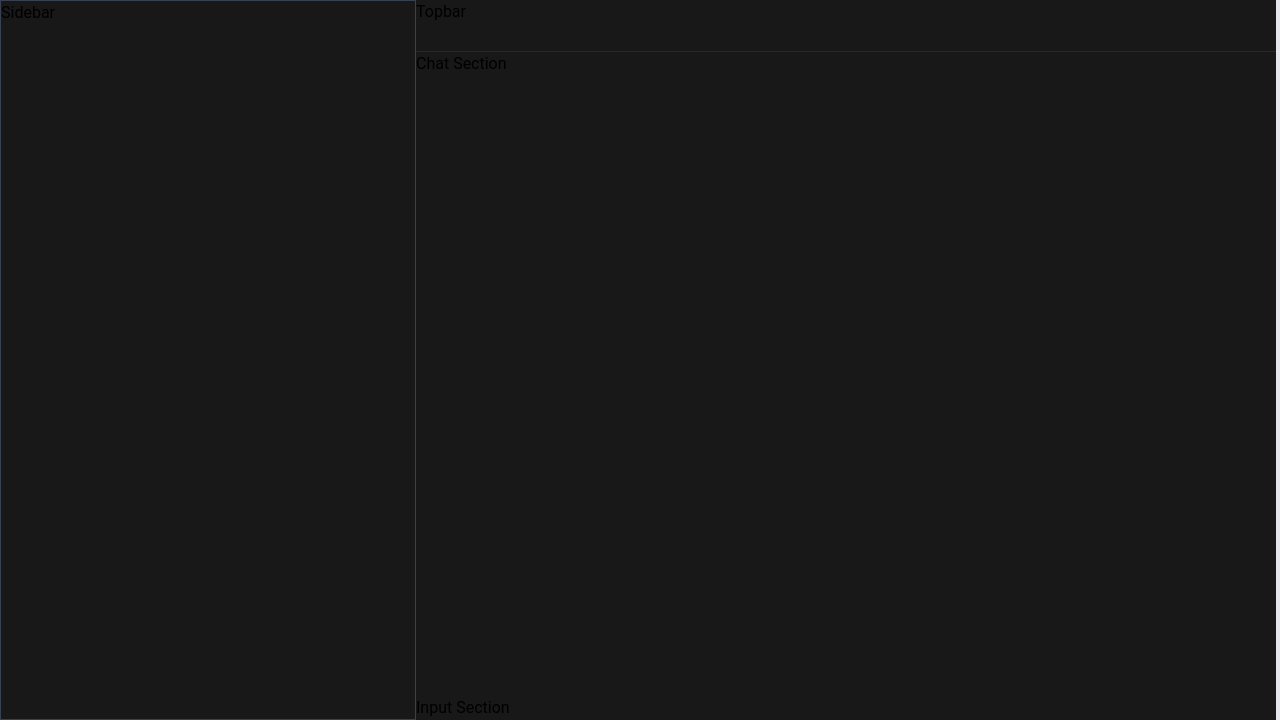
Repository: Qu4ntumGuy/telegram-clone
Page: /
The author's editor kept a copy of each file at every save. The page is drawn from the files as they stood at one save, then again after a run of saves.
The browser window is 1280 px wide. The pictures show the whole page.
The project was rebuilt for these pictures with package versions that can differ from the ones it lists, and the page was loaded fresh each time. Also part of the build but not shown: src/Utils/ContextProvider.js.

Above is the page before, as saved 2024-07-15 11:10:13.

### src/index.css
@tailwind base;
@tailwind components;
@tailwind utilities;

:root {
  font-family: "Roboto", sans-serif;
  color-scheme: light;
  .body {
    @apply bg-[#181818];
  }
}

:root {
  @apply bg-[#181818];
}

### src/App.js
import { Routes, BowserRouter, Route } from "react-router-dom";
import Sidebar from "./Components/Sidebar";
import Home from "./Pages/Home/Home";

function App() {
  return (
    <div className="flex max-w-[105rem] mx-auto">
      <Sidebar />

      <Home />
    </div>
  );
}

export default App;

### src/Components/Sidebar.js
import React from "react";
import { useComponentContext } from "../Utils/ContextProvider";

function Sidebar() {
  const context = useComponentContext();
  return (
    <div className="min-w-[26rem] border border-gray-700 h-screen">Sidebar</div>
  );
}

export default Sidebar;

### src/Pages/Home/Home.js
import React from "react";

function Home() {
  return (
    <div className="flex flex-col justify-center h-screen border-r-4 w-full">
      <div className="top-0 mb-auto h-14 border-b border-gray-800">Topbar</div>
      <div className="flex flex-col h-full">
        <div className="">Chat Section</div>
        <div className="bottom-0 mt-auto">Input Section</div>
      </div>
    </div>
  );
}

export default Home;

Loaded but not shown: public/index.html (common file); src/index.js (common file); src/reportWebVitals.js (common file); tailwind.config.js (common file)

After the next 2 saves:
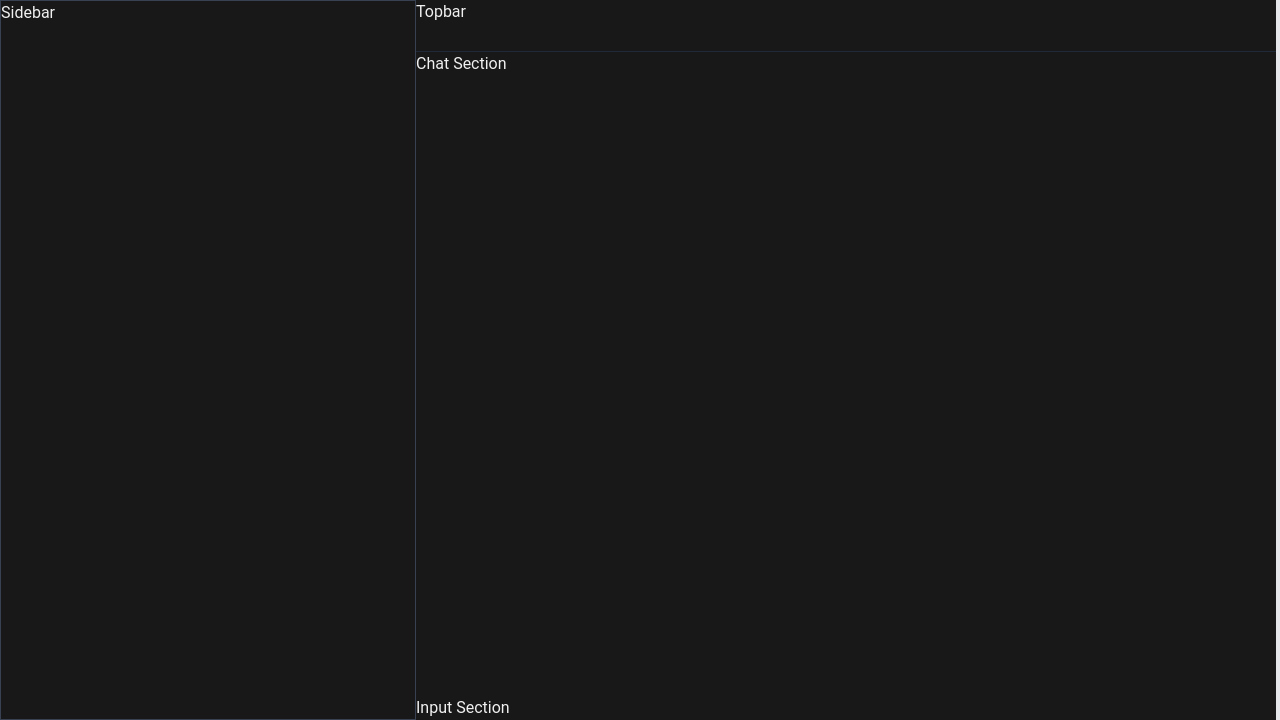
The 2 saves are shown as one change because they came seconds apart.
The last was saved 18 s later.
--- a/src/index.css
+++ b/src/index.css
@@ -5,11 +5,11 @@
 :root {
   font-family: "Roboto", sans-serif;
   color-scheme: light;
-  .body {
-    @apply bg-[#181818];
+  body {
+    @apply bg-[#181818] text-[#f0f0f0];
   }
 }
-
+/*
 :root {
   @apply bg-[#181818];
-}
+} */
